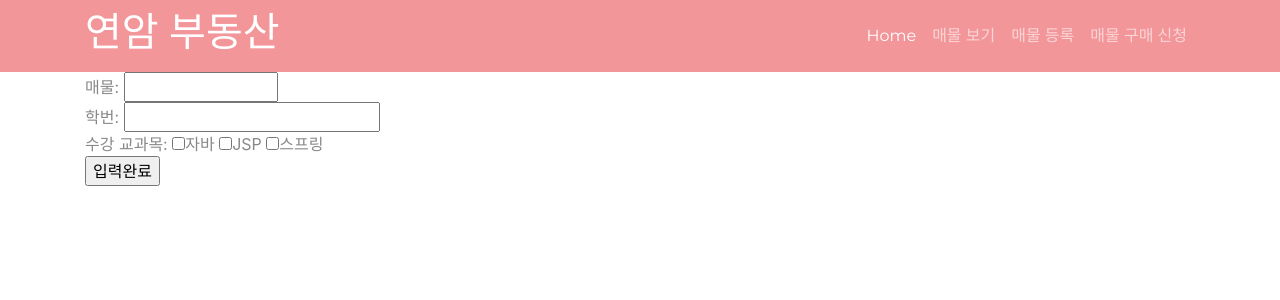
Repository: Leekm0912/2-1_JSP-DB_Project
Page: http://localhost/WebTest/DB/InsertTable.jsp
An editor plug-in stored every save of this project. The page is shown before and after the next save, followed by the edit.
The browser window is 1280 px wide. The pictures show the whole page.
The page is served by Tomcat 9. Other server files are loaded and not shown.

Above is the page before, as saved 2020-06-10 03:37:42.

### WebTest/WebContent/DB/InsertTable.jsp
<%@ page contentType="text/html; charset=utf-8"%>
<!DOCTYPE html>
<html lang="ko">

<head>

<meta charset="utf-8">
<meta name="viewport" content="width=device-width, initial-scale=1, shrink-to-fit=no">
<meta name="description" content="">
<meta name="author" content="">
<title>Bare - Start Bootstrap Template</title>

<!-- Bootstrap core CSS -->
<link href="vendor/bootstrap/css/bootstrap.min.css" rel="stylesheet">
</head>

<body>

	<!-- Navigation -->
	<nav class="navbar navbar-expand-lg navbar-dark bg-dark static-top">
		<div class="container">
			<h1 style="color: white;">연암 부동산</h1>
			<button class="navbar-toggler" type="button" data-toggle="collapse" data-target="#navbarResponsive" aria-controls="navbarResponsive" aria-expanded="false" aria-label="Toggle navigation">
				<span class="navbar-toggler-icon"></span>
			</button>
			<div class="collapse navbar-collapse" id="navbarResponsive">
				<ul class="navbar-nav ml-auto">
					<li class="nav-item active"><a class="nav-link" href="main.jsp">Home <span class="sr-only">(current)</span>
					</a></li>
					<li class="nav-item"><a class="nav-link" href="ViewTable.jsp">매물 보기</a></li>
					<li class="nav-item"><a class="nav-link" href="InsertTable.jsp">매물 등록</a></li>
					<li class="nav-item"><a class="nav-link" href="Order.jsp">매물 구매 신청</a></li>
				</ul>
			</div>
		</div>
	</nav>

	<!-- Page Content -->
	<div class="container">
		<form action="add_data" method="post">
			매물: <input type="text" name="name" size="10"> <br>
		학번: <input type="text" name="id" size="20"> <br>
		수강 교과목:
		<input type="checkbox" name="subject" value="java">자바
		<input type="checkbox" name="subject" value="JSP">JSP
		<input type="checkbox" name="subject" value="Spring">스프링 <br>
		<%-- form 엘리먼트에 포함되는 input 엘리먼트들을 요청 파라미터로 만들어 --%>
		<%-- 일괄적으로 action 페이지에 전달한다. --%>
		<input type="submit" value="입력완료">
		</form>
	</div>

	<!-- Bootstrap core JavaScript -->
	<script src="vendor/jquery/jquery.slim.min.js"></script>
	<script src="vendor/bootstrap/js/bootstrap.bundle.min.js"></script>

</body>

</html>

After the next save:
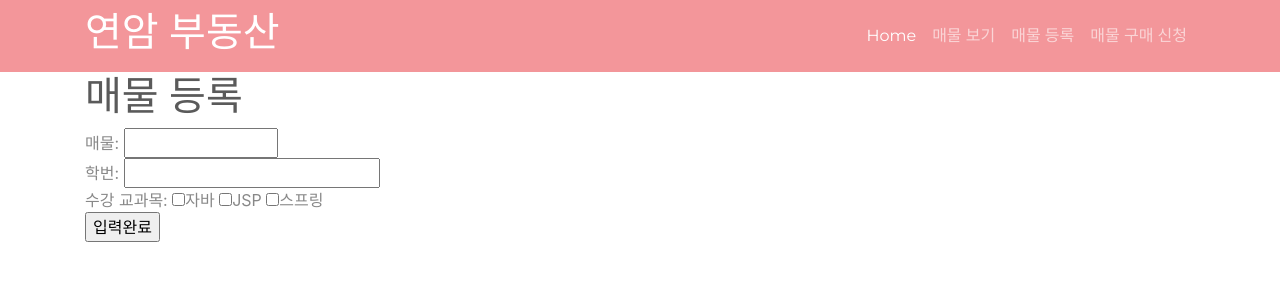
Saved 8 s later.
--- a/WebTest/WebContent/DB/InsertTable.jsp
+++ b/WebTest/WebContent/DB/InsertTable.jsp
@@ -37,6 +37,7 @@
 
 	<!-- Page Content -->
 	<div class="container">
+		<h1>매물 등록</h1>
 		<form action="add_data" method="post">
 			매물: <input type="text" name="name" size="10"> <br>
 		학번: <input type="text" name="id" size="20"> <br>
